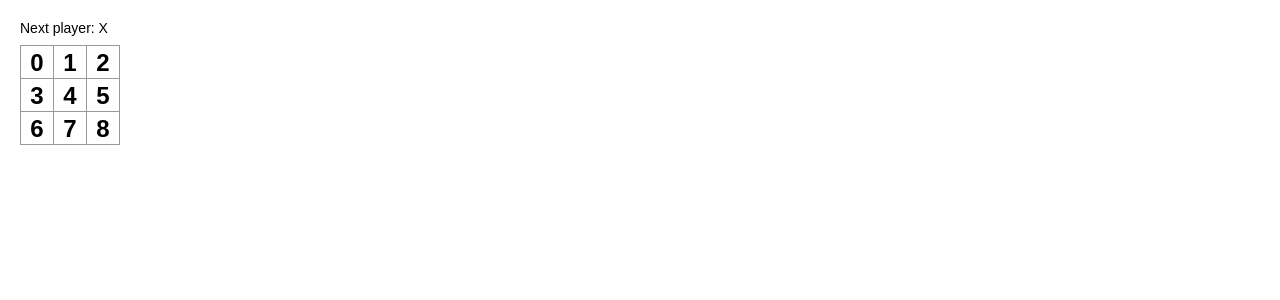
Repository: gomgomigom/react-tutorial
Page: /
An editor plug-in stored every save of this project. The page is shown before and after the next save, followed by the edit.
The browser window is 1280 px wide. The pictures show the whole page.
The project was rebuilt for these pictures with package versions that can differ from the ones it lists, and the page was loaded fresh each time.

Above is the page before, as saved 2021-12-23 10:33:06.

### src/index.js
import React from 'react';
import ReactDOM from 'react-dom';
import './index.css';

class Square extends React.Component {
  render() {
    return <button className='square'>{this.props.value}</button>;
  }
}

class Board extends React.Component {
  renderSquare(i) {
    return <Square value={i} />;
  }

  render() {
    const status = 'Next player: X';

    return (
      <div>
        <div className='status'>{status}</div>
        <div className='board-row'>
          {this.renderSquare(0)}
          {this.renderSquare(1)}
          {this.renderSquare(2)}
        </div>
        <div className='board-row'>
          {this.renderSquare(3)}
          {this.renderSquare(4)}
          {this.renderSquare(5)}
        </div>
        <div className='board-row'>
          {this.renderSquare(6)}
          {this.renderSquare(7)}
          {this.renderSquare(8)}
        </div>
      </div>
    );
  }
}

class Game extends React.Component {
  render() {
    return (
      <div className='game'>
        <div className='game-board'>
          <Board />
        </div>
        <div className='game-info'>
          <div>{/* status */}</div>
          <ol>{/* TODO */}</ol>
        </div>
      </div>
    );
  }
}

// ========================================

ReactDOM.render(<Game />, document.getElementById('root'));

Loaded but not shown: public/index.html (common file); src/index.css (common file)

After the next save:
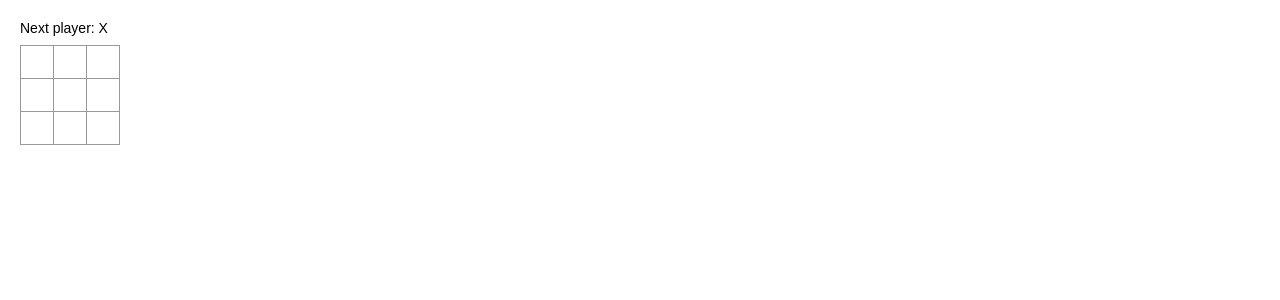
Saved 52 s later.
--- a/src/index.js
+++ b/src/index.js
@@ -4,7 +4,7 @@
 
 class Square extends React.Component {
   render() {
-    return <button className='square'>{this.props.value}</button>;
+    return <button className='square'>{this.props.valu}</button>;
   }
 }
 

After the save that followed:
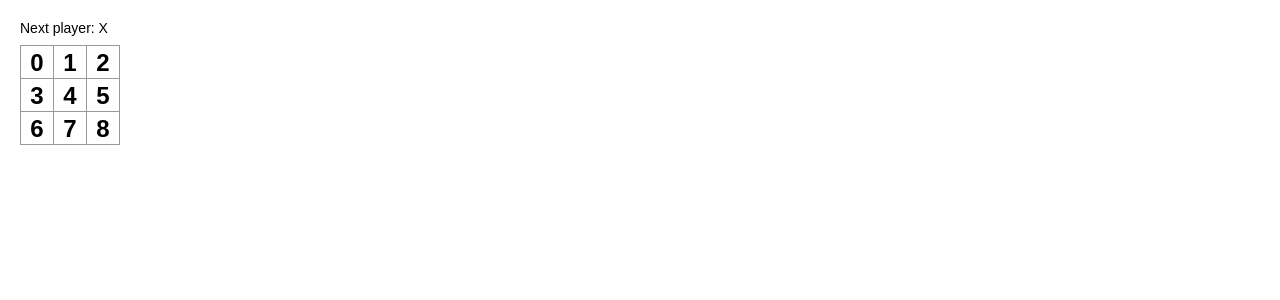
Saved 11 s later.
--- a/src/index.js
+++ b/src/index.js
@@ -4,7 +4,7 @@
 
 class Square extends React.Component {
   render() {
-    return <button className='square'>{this.props.valu}</button>;
+    return <button className='square'>{this.props.value}</button>;
   }
 }
 
